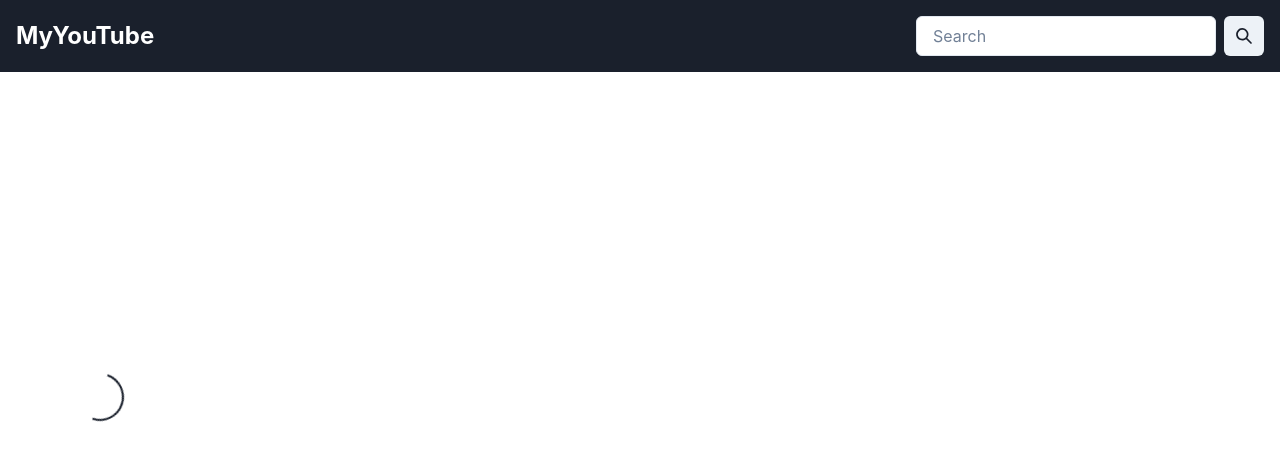
Repository: JuniorDevChris/YouTube-Engagement-Metrics
Page: /
The author's editor kept a copy of each file at every save. The page is drawn from the files as they stood at one save, then again after the next save.
The browser window is 1280 px wide. The pictures show the whole page.
The project was rebuilt for these pictures with package versions that can differ from the ones it lists, and the page was loaded fresh each time. Also part of the build but not shown: vite.config.ts, src/App.css.

Above is the page before, as saved 2024-07-16 21:54:50.

After the next save:
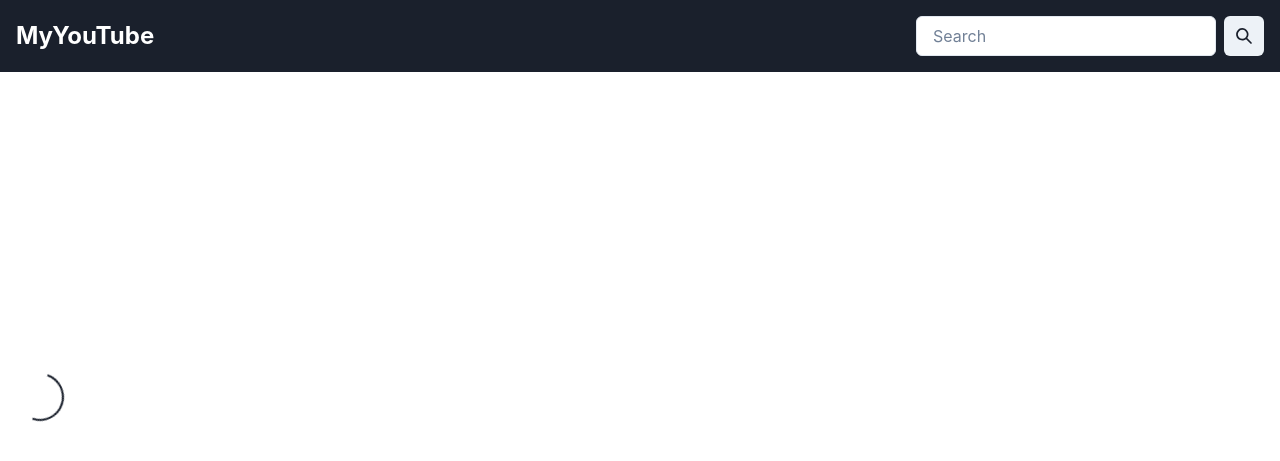
Saved 6 s later.
--- a/src/App.tsx
+++ b/src/App.tsx
@@ -73,7 +73,7 @@ function App() {
       <Navbar query={query} setQuery={setQuery} fetchVideos={fetchVideos} />
       <Box
         mt="80px"
-        p={100}
+        p={10}
         flex="1"
         display="flex"
         justifyContent="center"
